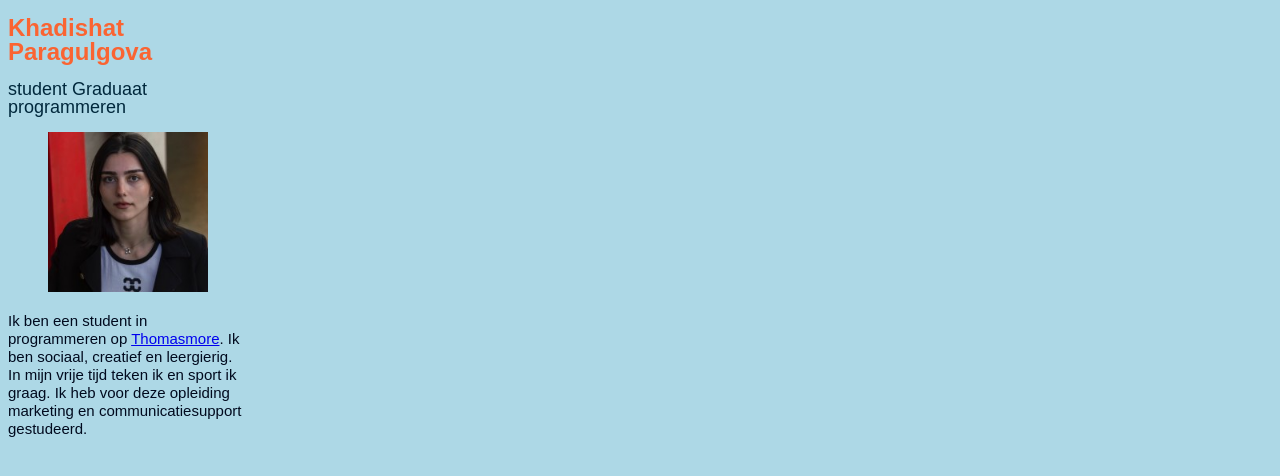
Repository: khadishat00/portfolio
Page: index.html
These files come from the project's save history. The page is drawn as it stood at one moment and after a run of saves; the edit follows.
The browser window is 1280 px wide. The pictures show the whole page.

Above is the page before, as saved 2026-09-24 14:43:34.

After the next 3 saves:
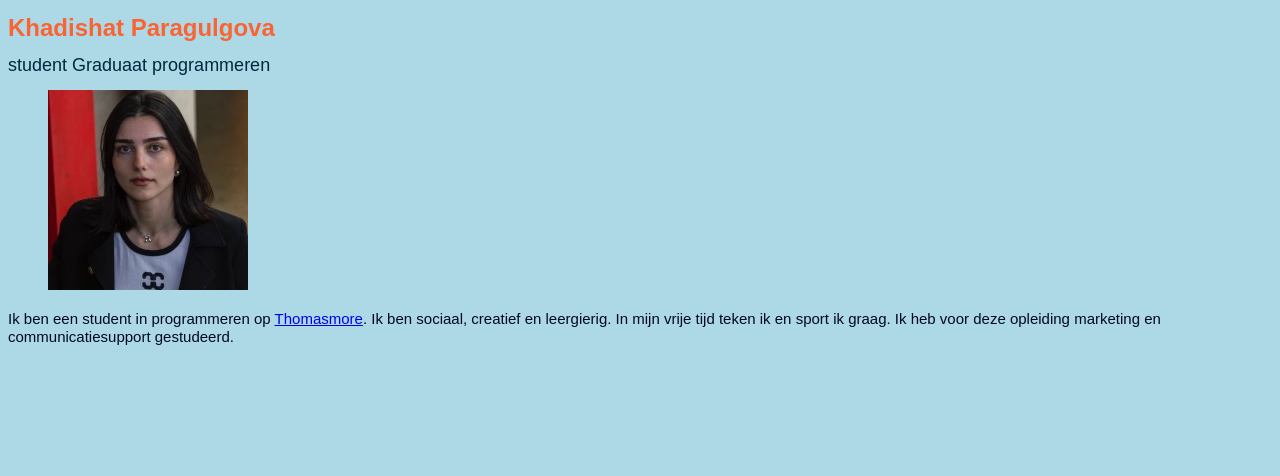
The 3 saves are shown as one change because they came seconds apart.
The last was saved 11 s later.
--- a/index.html
+++ b/index.html
@@ -11,7 +11,7 @@
     }
     body{
         background-color: lightblue;
-        max-width: 15rem;
+        margi: ;
     }
     h1 {
       font-family: "Century Gothic", sans-serif;
